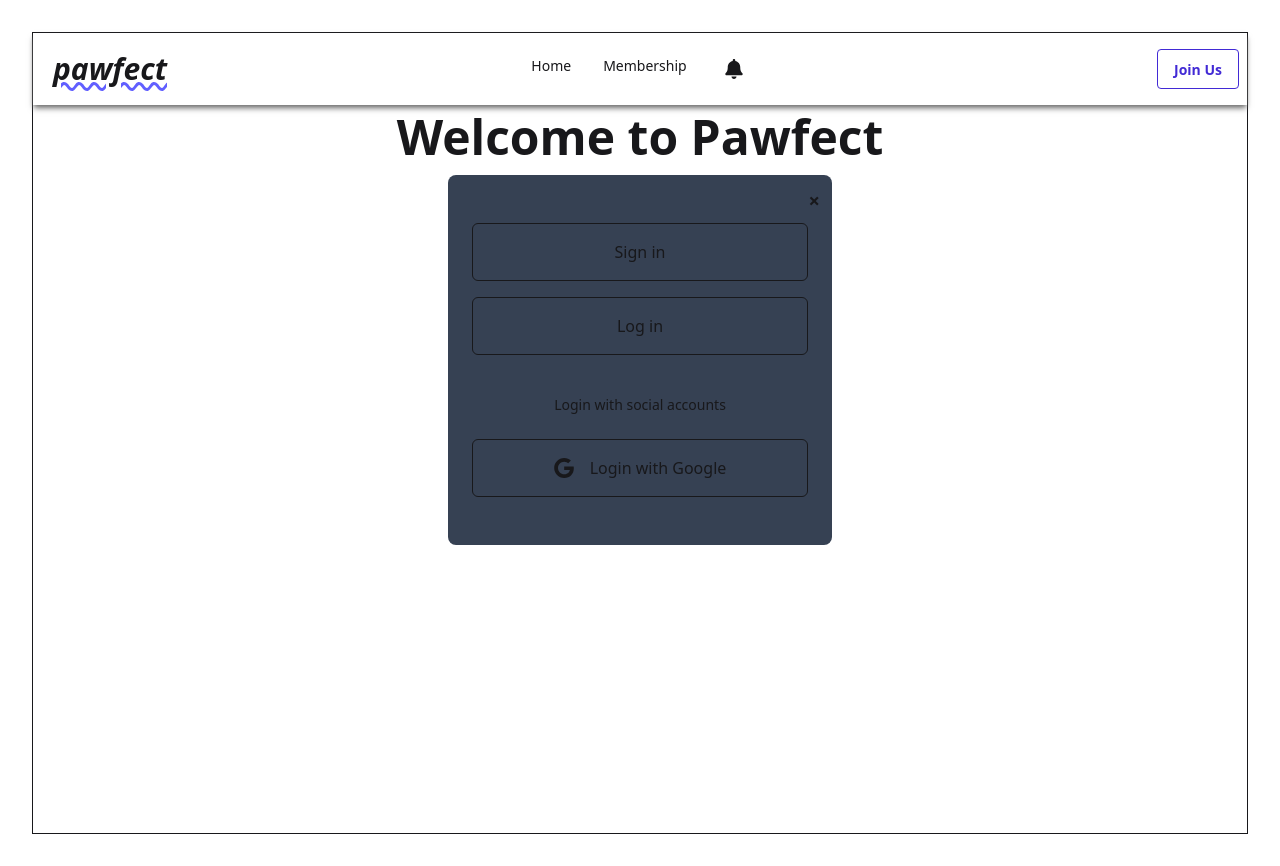
Repository: syedbayzid82849/DevForum_client_site
Page: /, after clicking the first element matching `button.btn-outline`
These files come from the project's save history. The page is drawn as it stood at one moment and after the next save; the edit follows.
The browser window is 1280 px wide. The pictures show the whole page.
The project was rebuilt for these pictures with package versions that can differ from the ones it lists, and the page was loaded fresh each time. Also part of the build but not shown: vite.config.js, src/App.jsx, src/pages/Authentication/Login.jsx, src/pages/Authentication/AuthLayout.jsx, src/pages/Authentication/Register.jsx.

Above is the page before, as saved 2025-07-08 23:18:51.

After the next save:
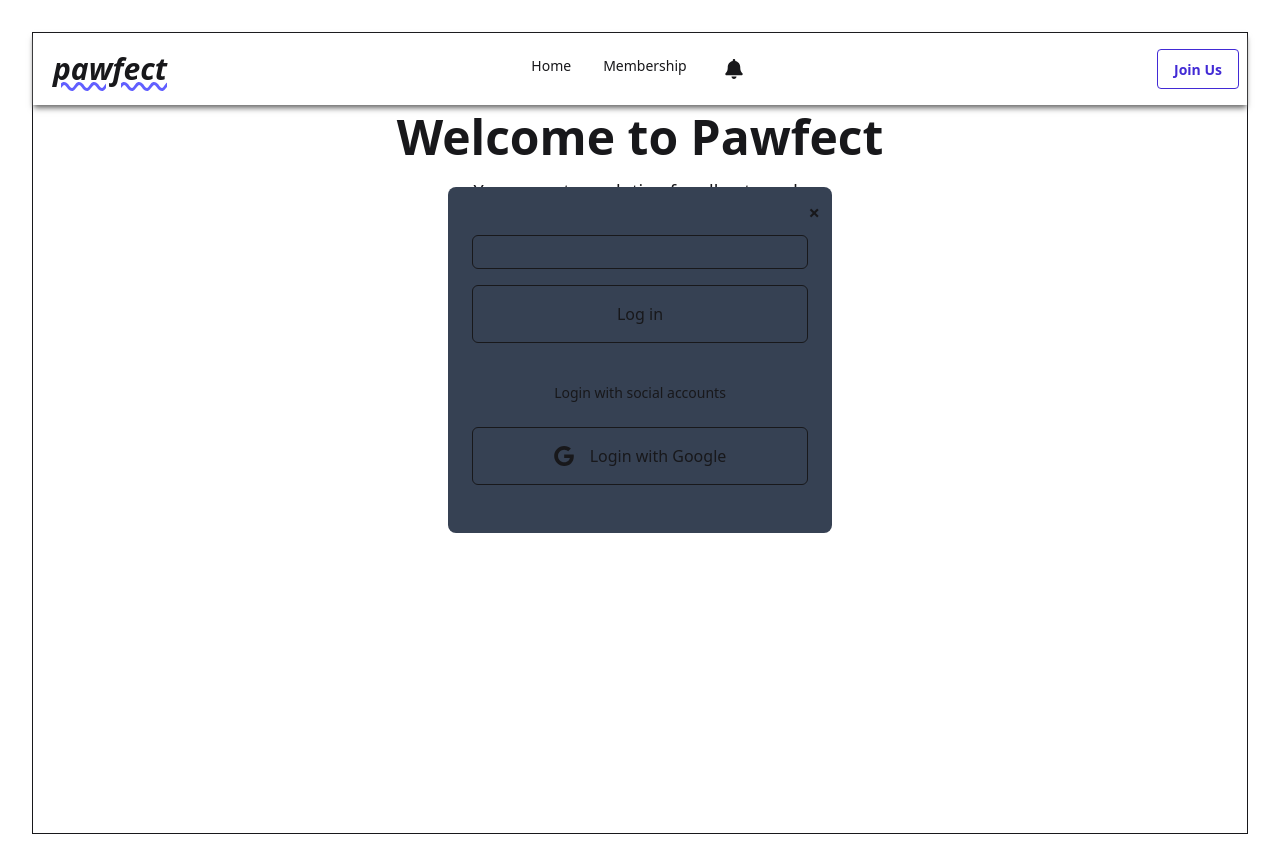
Saved 3 min 27 s later.
--- a/src/components/Navbar/JoinUsModal.jsx
+++ b/src/components/Navbar/JoinUsModal.jsx
@@ -40,7 +40,7 @@ const JoinUsModal = ({ closeModal }) => {
                     <div className="my-6 space-y-4" >
                         <button type="button" className="flex items-center justify-center w-full p-4 space-x-4 border rounded-md focus:ring-2 focus:ring-offset-1 dark:border-gray-600 focus:dark:ring-default-600">
 
-                            <p>Sign in</p>
+
                         </button>
                         <button type="button" className="flex items-center justify-center w-full p-4 space-x-4 border rounded-md focus:ring-2 focus:ring-offset-1 dark:border-gray-600 focus:dark:ring-default-600">
 
